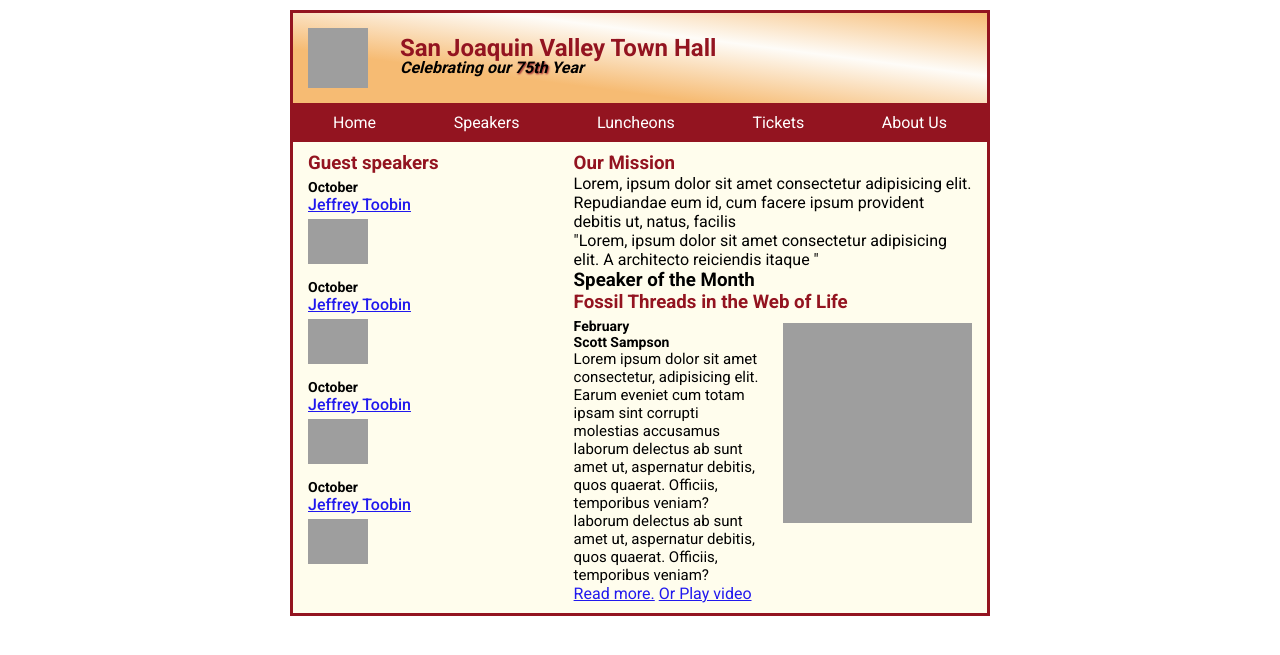
Repository: Mannj-nef/ex-5-6-7-8_IvVettech
Page: index.html
These files come from the project's save history. The page is drawn as it stood at one moment and after the next save; the edit follows.
The browser window is 1280 px wide. The pictures show the whole page.
Pictures or frames that could not be fetched are drawn as grey boxes.

Above is the page before, as saved 2022-03-24 22:57:39.

### index.html
<!DOCTYPE html>
<html lang="en">
  <head>
    <meta charset="UTF-8" />
    <meta http-equiv="X-UA-Compatible" content="IE=edge" />
    <meta name="viewport" content="width=device-width, initial-scale=1.0" />
    <link rel="stylesheet" href="./Asset/style.css" />
    <link rel="preconnect" href="https://fonts.googleapis.com" />
    <link rel="preconnect" href="https://fonts.gstatic.com" crossorigin />
    <link
      href="https://fonts.googleapis.com/css2?family=Roboto:wght@300;400;500;700&display=swap"
      rel="stylesheet"
    />
    <title>Exercise5-6</title>
    <link
      rel="shortcut icon"
      href="https://iviettech.vn/wp-content/themes/viettech/img/front/favicon.ico"
      type="image/x-icon"
    />
  </head>
  <body>
    <div id="app">
      <header id="header">
        <div class="header-top">
          <div class="header-image__wrapper">
            <img
              src="https://source.unsplash.com/random"
              alt=""
              class="header-image"
            />
          </div>
          <div class="header-main">
            <h2 class="header-main__title">San Joaquin Valley Town Hall</h2>
            <p class="header-main__decs">
              Celebrating our
              <span class="header-main__decs-b"
                >75 <span class="header-main__decs-c">th</span>
              </span>
              Year
            </p>
          </div>
        </div>
        <div class="header-nav">
          <ul class="header-nav__list">
            <li class="header-nav__item">
              <a href="" class="header-nav__link">Home</a>
            </li>
            <li class="header-nav__item">
              <a href="" class="header-nav__link">Speakers</a>
            </li>
            <li class="header-nav__item">
              <a href="" class="header-nav__link">Luncheons</a>
            </li>
            <li class="header-nav__item">
              <a href="" class="header-nav__link">Tickets</a>
            </li>
            <li class="header-nav__item">
              <a href="" class="header-nav__link">About Us</a>
            </li>
          </ul>
        </div>
      </header>
      <section id="content">
        <div class="content-left">
          <h3 class="content-title">Guest speakers</h3>

          <div class="content-left__member">
            <p class="content__member-month">October</p>
            <a href="" class="content-left__member-link">Jeffrey Toobin</a>
            <div class="content-left__member-avata-wrapper">
              <img
                src="https://source.unsplash.com/random"
                alt=""
                class="content-left__member-avata"
              />
            </div>
          </div>
          <div class="content-left__member">
            <p class="content__member-month">October</p>
            <a href="" class="content-left__member-link">Jeffrey Toobin</a>
            <div class="content-left__member-avata-wrapper">
              <img
                src="https://source.unsplash.com/random"
                alt=""
                class="content-left__member-avata"
              />
            </div>
          </div>
          <div class="content-left__member">
            <p class="content__member-month">October</p>
            <a href="" class="content-left__member-link">Jeffrey Toobin</a>
            <div class="content-left__member-avata-wrapper">
              <img
                src="https://source.unsplash.com/random"
                alt=""
                class="content-left__member-avata"
              />
            </div>
          </div>
          <div class="content-left__member">
            <p class="content__member-month">October</p>
            <a href="" class="content-left__member-link">Jeffrey Toobin</a>
            <div class="content-left__member-avata-wrapper">
              <img
                src="https://source.unsplash.com/random"
                alt=""
                class="content-left__member-avata"
              />
            </div>
          </div>
        </div>
        <div class="content-right">
          <div class="content-right__top">
            <h3 class="content-title">Our Mission</h3>
            <p class="constent-right__desc">
              Lorem, ipsum dolor sit amet consectetur adipisicing elit.
              Repudiandae eum id, cum facere ipsum provident debitis ut, natus,
              facilis
            </p>
            <p class="constent-right__desc-sub">
              "Lorem, ipsum dolor sit amet consectetur adipisicing elit. A
              architecto reiciendis itaque "
            </p>
            <h3 class="constent-right-title">Speaker of the Month</h3>
          </div>
          <div class="content-right__center">
            <h3 class="content-title">Fossil Threads in the Web of Life</h3>
            <div class="content-right__center-wrapper">
              <div class="content-right__center-left">
                <h3 class="content__member-month center-left_title">
                  <p>February</p>
                  Scott Sampson
                </h3>
                <p class="content-left__center-desc">
                  Lorem ipsum dolor sit amet consectetur, adipisicing elit.
                  Earum eveniet cum totam ipsam sint corrupti molestias
                  accusamus laborum delectus ab sunt amet ut, aspernatur
                  debitis, quos quaerat. Officiis, temporibus veniam? laborum
                  delectus ab sunt amet ut, aspernatur debitis, quos quaerat.
                  Officiis, temporibus veniam?
                </p>
                <a href="" class="content-left__center-link">Read more.</a>
                <a href="" class="content-left__center-link">Or Play video</a>
              </div>
              <div class="constent-right__center-right">
                <img
                  src="https://source.unsplash.com/random"
                  alt=""
                  class="constent-right__center-right_img"
                />
              </div>
            </div>
          </div>
        </div>
      </section>
    </div>
  </body>
</html>

### Asset/style.css
* {
  margin: 0;
  padding: 0;
  box-sizing: border-box;
}
html {
  font-family: "Roboto", sans-serif;
}
:root {
  --prymary-color: #931420;
  --white-color: #fff;
  --yellow-color: #ebc700;
  --blue-color: #2119ee;
  --size: 60px;
}

#app {
  margin: 10px auto;
  width: 700px;
  border: 3px solid var(--prymary-color);
}

#header {
}
.header-top {
  padding: 15px;
  display: flex;
  align-items: center;
  background-image: linear-gradient(
    to right top,
    #f6bb73 30%,
    #fefcf8,
    #f6bb73
  );
}
.header-image__wrapper {
  width: var(--size);
  height: var(--size);
  margin-right: 2em;
}
.header-image {
  width: 100%;
  height: 100%;
  object-fit: cover;
}
.header-main {
  line-height: 20px;
}
.header-main__title {
  color: var(--prymary-color);
}
.header-main__decs {
  color: #000;
  font-weight: 600;
  font-style: italic;
}
.header-main__decs-b {
  display: inline-flex;
  text-shadow: 1px 1px 2px var(--prymary-color);
}
.header-nav {
  background-color: var(--prymary-color);
}
.header-nav__list {
  list-style: none;
  display: flex;
  justify-content: space-between;
  padding: 0 20px;
}
.header-nav__item {
  padding: 10px 20px;
}
.header-nav__link {
  font-weight: 400;
  text-decoration: none;
  color: var(--white-color);
}
.header-nav__item:hover .header-nav__link {
  color: var(--yellow-color);
}

#content {
  background-color: #fffded;
  padding: 10px 15px;
  display: flex;
}

.content-left {
  width: 40%;
}
.content-title {
  color: var(--prymary-color);
}
.content-left__member {
}
.content__member-month {
  margin-top: 5px;
  font-size: 14px;
  font-weight: 600;
}
.content-left__member-link {
  font-weight: 500;
  color: var(--blue-color);
}
.content-left__member-avata-wrapper {
  width: var(--size);
  height: var(--size);
  display: flex;
  padding-top: 5px;
  padding-bottom: 10px;
}
.content-left__member-avata {
  width: 100%;
  height: 100%;
}
.content-right {
  width: 60%;
}
.content-right__desc-sub {
  padding: 5px 20px;
}
.content-right-title {
  margin: 8px 0;
  font-weight: 600;
  color: #000;
  border-bottom: 3px solid var(--prymary-color);
}

.content-left__center {
  padding: 0 0 10px;
  border-bottom: 3px solid var(--prymary-color);
}

.content-right__center-wrapper {
  display: flex;
}

.content-right__center-left {
  flex: 1;
}
.center-left_title {
  margin-right: 10px;
}
.content-left__center-desc {
  font-size: 15px;
  line-height: 1.2;
}
.content-left__center-link {
  color: var(--blue-color);
}
.constent-right__center-right {
  margin: 10px 0 0 20px;
  width: 100px;
  height: 200px;
  display: flex;
  flex: 1;
}
.constent-right__center-right_img {
  width: 100%;
  height: 100%;
}

After the next save:
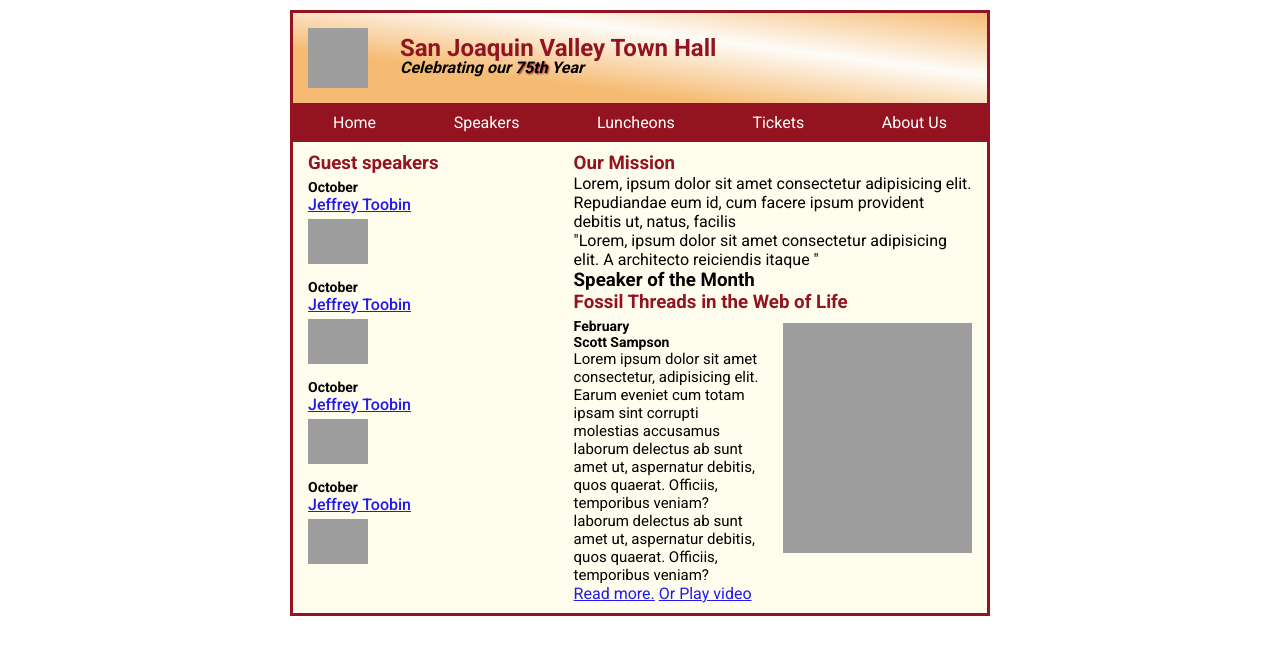
Saved 16 s later.
--- a/Asset/style.css
+++ b/Asset/style.css
@@ -151,7 +151,7 @@ html {
 .constent-right__center-right {
   margin: 10px 0 0 20px;
   width: 100px;
-  height: 200px;
+  height: 230px;
   display: flex;
   flex: 1;
 }
